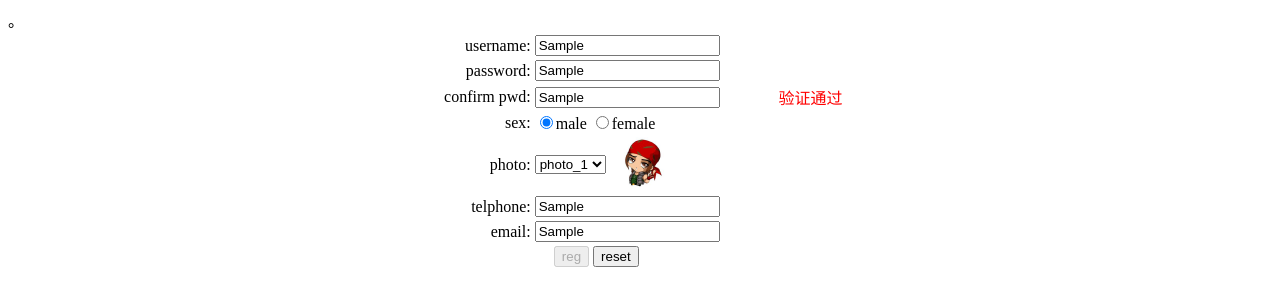
Repository: GetHubByYc/MyEclipse
Page: http://localhost/CheckLogin/reg.jsp
These files come from the project's save history. The page is drawn as it stood at one moment and after the next save; the edit follows.
The browser window is 1280 px wide. The pictures show the whole page.
Empty fields were first filled with sample values (such as "Sample", 5 or name@example.com).
After loading, the first visible `#repwd` was changed once.
The page is served by Tomcat 9. Nobody is signed in. The application's start-up code is not run.

Above is the page before, as saved 2015-11-14 03:12:37.

After the next save:
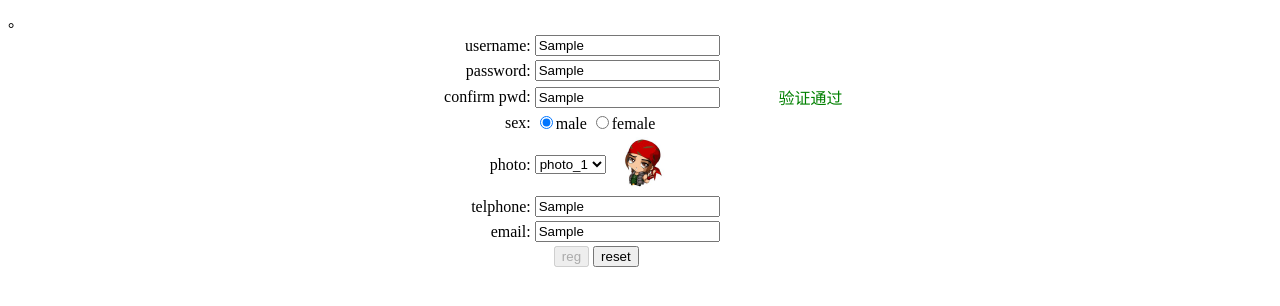
Saved 4 s later.
--- a/CheckLogin/WebRoot/reg.jsp
+++ b/CheckLogin/WebRoot/reg.jsp
@@ -30,7 +30,7 @@
 			sb.setAttribute('disabled', disabled)
 
 		}else{
-			cp.innerHTML="<font color='red'>验证通过</font>";
+			cp.innerHTML="<font color='green'>验证通过</font>";
 			sb.setAttribute('disabled', null)
 		}
 	}
